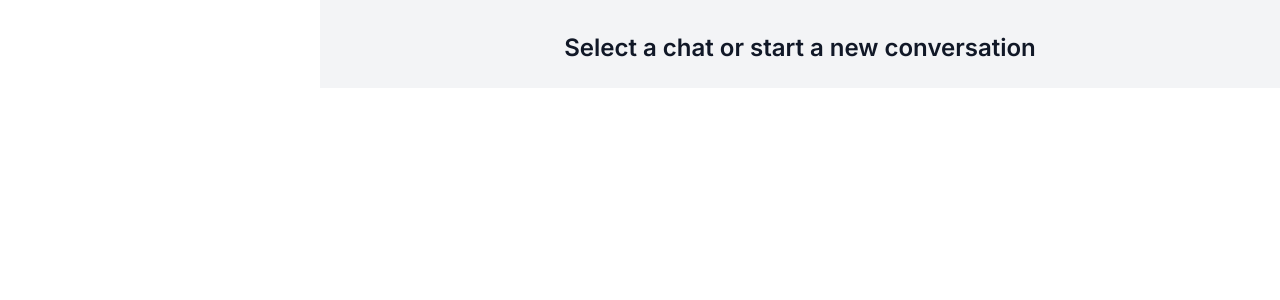
Repository: kushagrasaxena061/messenger-fullstack
Page: /users
An editor plug-in stored every save of this project. The page is shown before and after the next save, followed by the edit.
The browser window is 1280 px wide. The pictures show the whole page.
The project was rebuilt for these pictures with package versions that can differ from the ones it lists, and the page was loaded fresh each time. The framework's server and built-in components were replaced by stand-ins that run in the browser. Also part of the build but not shown: next.config.js.

Above is the page before, as saved 2023-05-11 20:55:24.

After the next save:
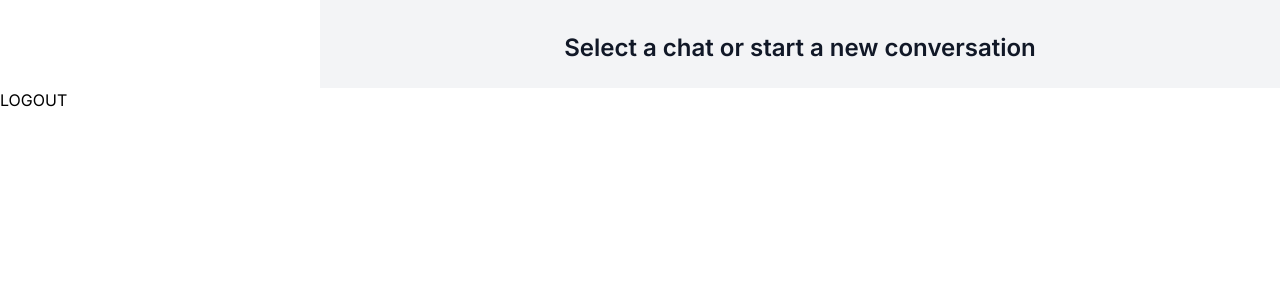
Saved 88 s later.
--- a/app/users/page.tsx
+++ b/app/users/page.tsx
@@ -1,3 +1,4 @@
+import { signOut } from 'next-auth/react';
 import EmptyState from '../components/EmptyState';
 
 
@@ -7,6 +8,7 @@
       <div className="hidden lg:block lg:pl-80 h-full">
         <EmptyState />
       </div>
+      <button onClick={() => signOut()}>LOGOUT</button>
     </div>
 
    );

After the 2 saves that followed:
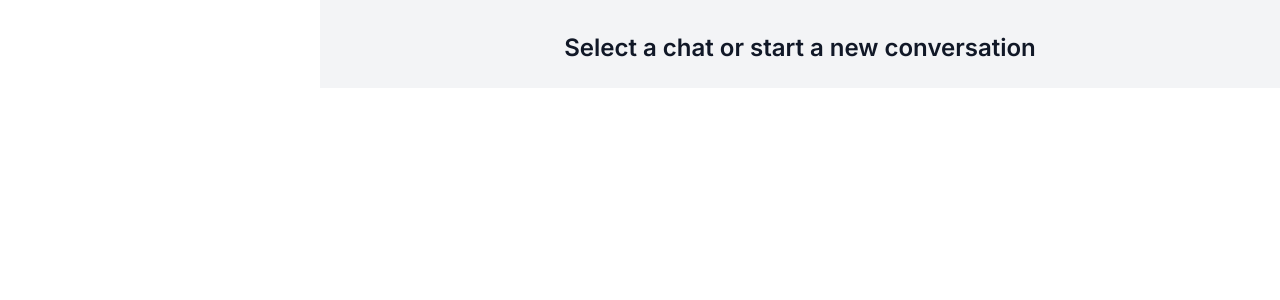
The 2 saves are shown as one change because 1 left the picture as it was.
The last was saved 6 min 3 s later.
--- a/app/users/page.tsx
+++ b/app/users/page.tsx
@@ -8,7 +8,6 @@
       <div className="hidden lg:block lg:pl-80 h-full">
         <EmptyState />
       </div>
-      <button onClick={() => signOut()}>LOGOUT</button>
     </div>
 
    );
